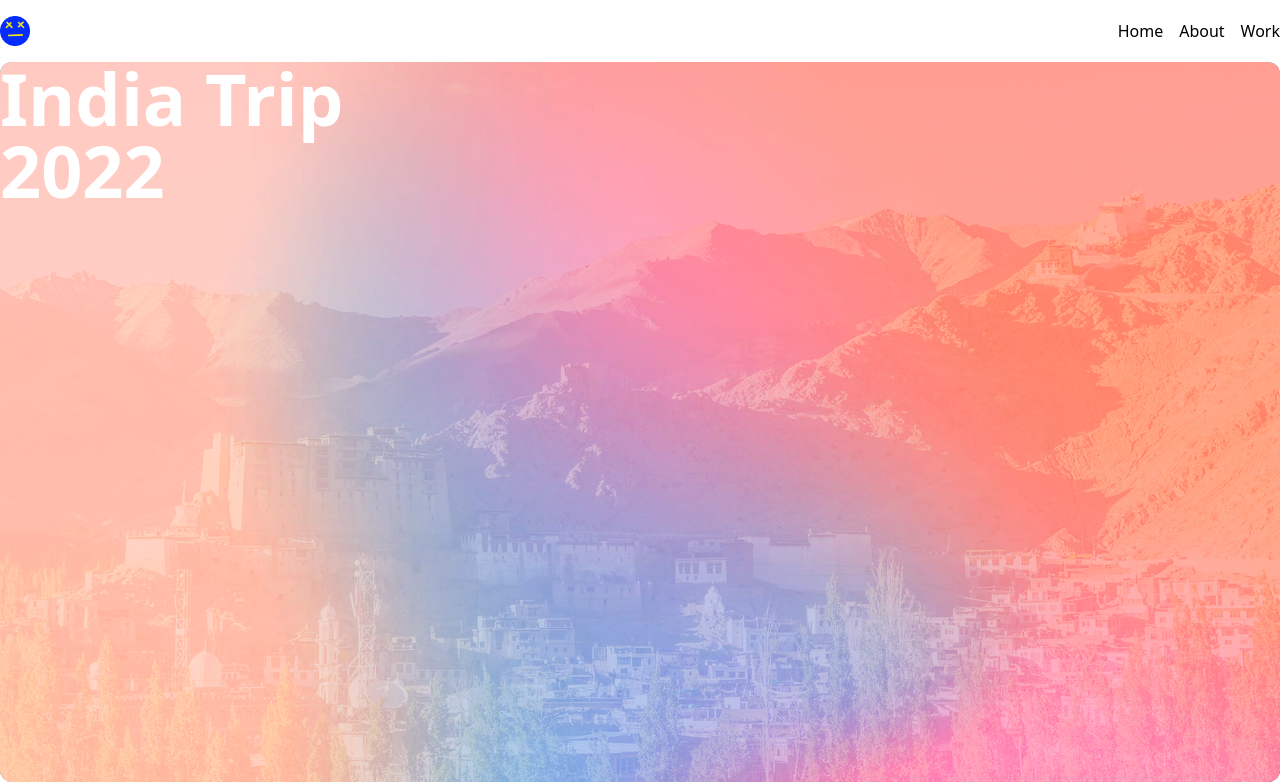
Repository: aaroncemery/aaroncemery-next
Page: /
An editor plug-in stored every save of this project. The page is shown before and after the next save, followed by the edit.
The browser window is 1280 px wide. The pictures show the whole page.
The project was rebuilt for these pictures with package versions that can differ from the ones it lists, and the page was loaded fresh each time. The framework's server and built-in components were replaced by stand-ins that run in the browser. Also part of the build but not shown: next.config.js.

Above is the page before, as saved 2022-06-13 19:53:03.

### pages/index.tsx
import type { NextPage } from 'next'
import { Fragment } from 'react'
import Image from 'next/image'
import NavIcon from '../public/assets/nav-icon.png'
import HeroImage from '../public/assets/lehguidelead.jpeg'
import MeshGradient from '../public/assets/mesh-gradient.jpg'
import Link from 'next/link'

const Home: NextPage = () => {
  return (
    <Fragment>
      <nav className="container flex justify-between items-center m-auto py-4">
        <Image src={NavIcon} alt={'aaroncemery icon'} height={30} width={30} />
        <ul className="flex justify-between items-center gap-4">
          <li>
            <Link href="/">Home</Link>
          </li>
          <li>
            <Link href="/about">About</Link>
          </li>
          <li>
            <Link href="/work">Work</Link>
          </li>
        </ul>
      </nav>
      <div
        className={`container relative bg-hero-pattern rounded-xl m-auto bg-cover aspect-video`}
      >
        <Image
          src={HeroImage}
          alt="hero image"
          className="relative rounded-xl"
          layout="fill"
        />
        <div className="absolute bg-mesh-gradient bg-cover w-full h-full top-0 left-0 mix-blend-screen aspect-video rounded-xl"></div>
        <div className="absolute bg-mesh-gradient bg-cover w-full h-full top-0 left-0 mix-blend-multiply aspect-video rounded-xl"></div>
        <div className="z-10 absolute text-7xl text-white mix-blend-overlay font-bold m-auto w-full h-full">
          <h1 className="">India Trip</h1>
          <h1 className="">2022</h1>
        </div>
      </div>
    </Fragment>
  )
}

export default Home

### tailwind.config.js
/** @type {import('tailwindcss').Config} */
module.exports = {
  content: [
    './pages/**/*.{js,ts,jsx,tsx}',
    './components/**/*.{js,ts,jsx,tsx}',
  ],
  theme: {
    extend: {
      backgroundImage: {
        'mesh-gradient': "url('/assets/mesh-gradient.jpg')",
      },
    },
  },
  plugins: [],
}

Loaded but not shown: pages/_app.tsx (common file); styles/globals.css (common file)

After the next save:
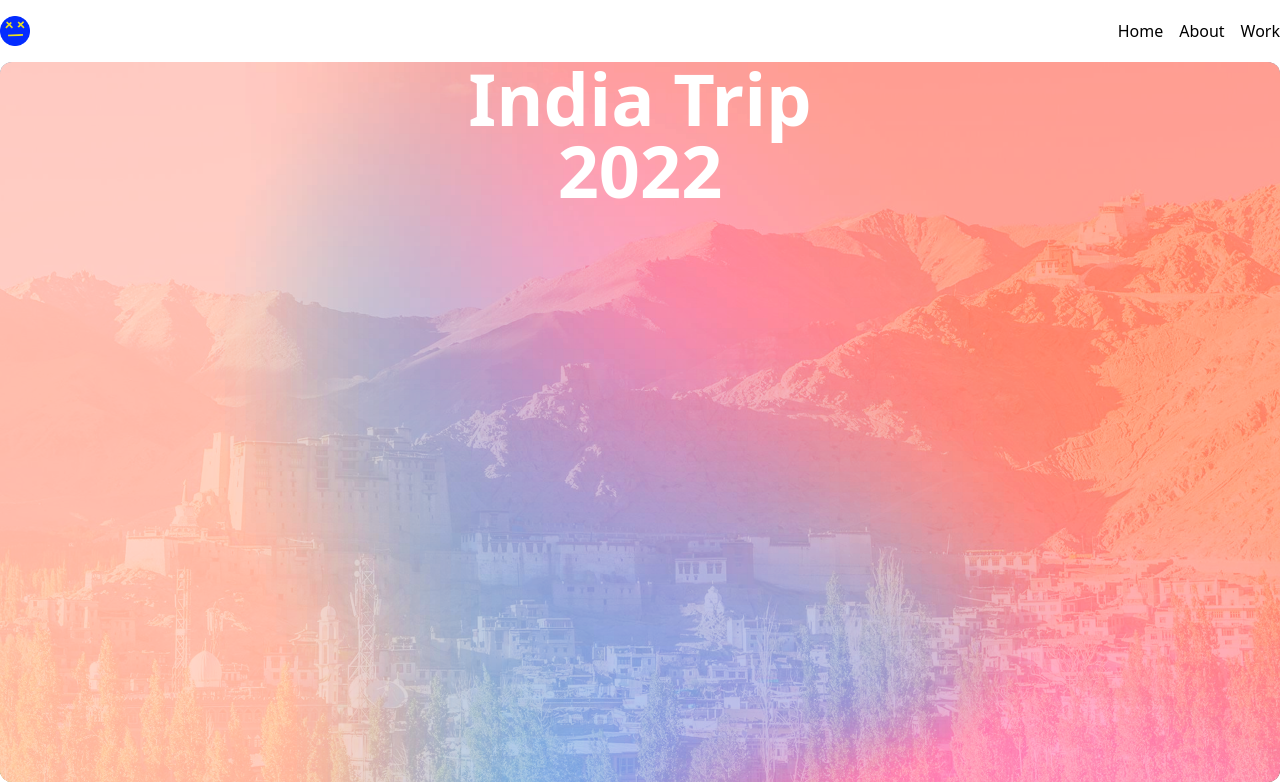
Saved 6 s later.
--- a/pages/index.tsx
+++ b/pages/index.tsx
@@ -34,7 +34,7 @@ const Home: NextPage = () => {
         />
         <div className="absolute bg-mesh-gradient bg-cover w-full h-full top-0 left-0 mix-blend-screen aspect-video rounded-xl"></div>
         <div className="absolute bg-mesh-gradient bg-cover w-full h-full top-0 left-0 mix-blend-multiply aspect-video rounded-xl"></div>
-        <div className="z-10 absolute text-7xl text-white mix-blend-overlay font-bold m-auto w-full h-full">
+        <div className="z-10 absolute text-7xl text-white mix-blend-overlay font-bold m-auto w-full h-full text-center">
           <h1 className="">India Trip</h1>
           <h1 className="">2022</h1>
         </div>
